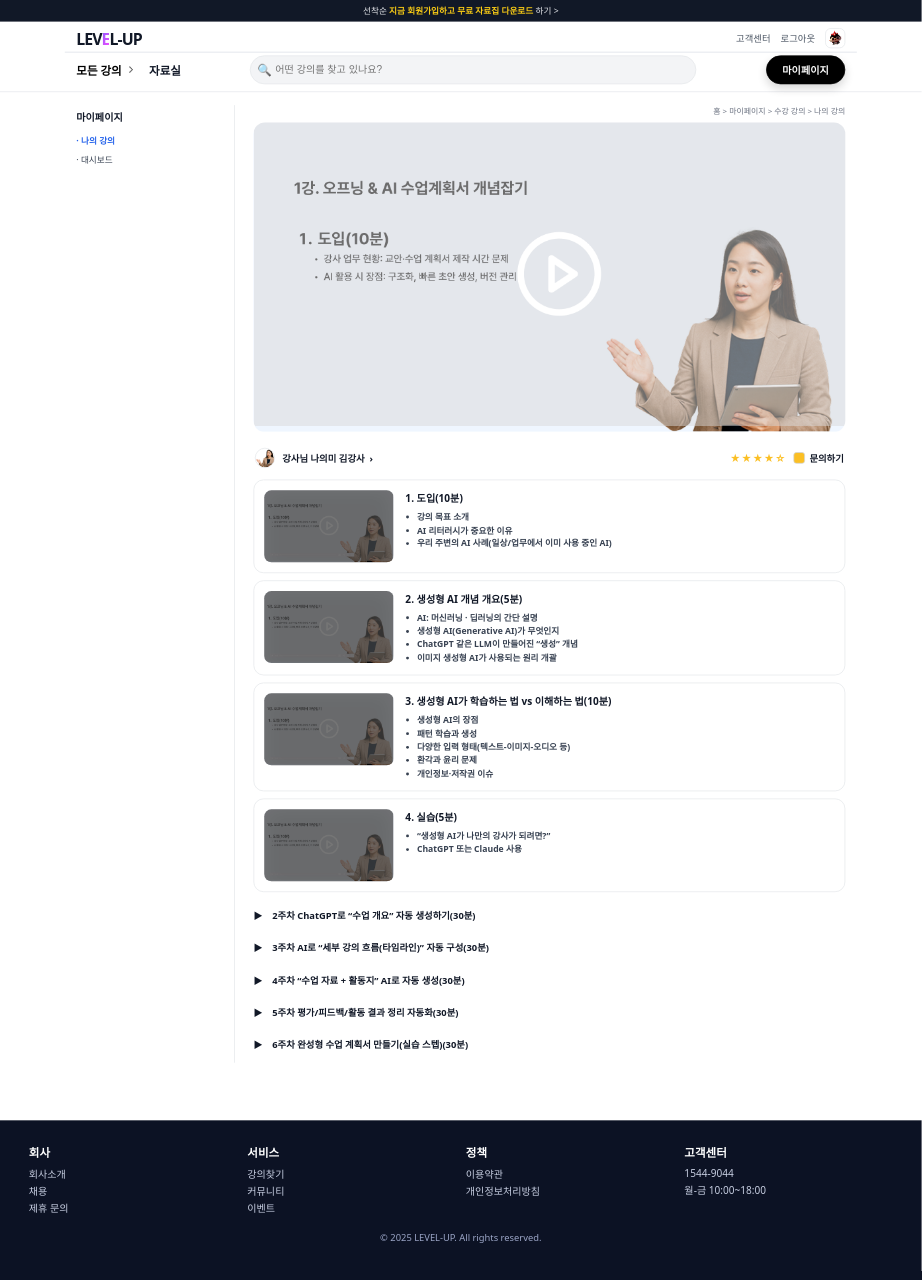
Repository: Iimchaehoon/level_up
Page: my_lecture.html
The author's editor kept a copy of each file at every save. The page is drawn from the files as they stood at one save, then again after the next save.
The browser window is 1280 px wide. The pictures show the whole page, at 72% of full size.

Above is the page before, as saved 2025-12-14 19:23:13.

After the next save:
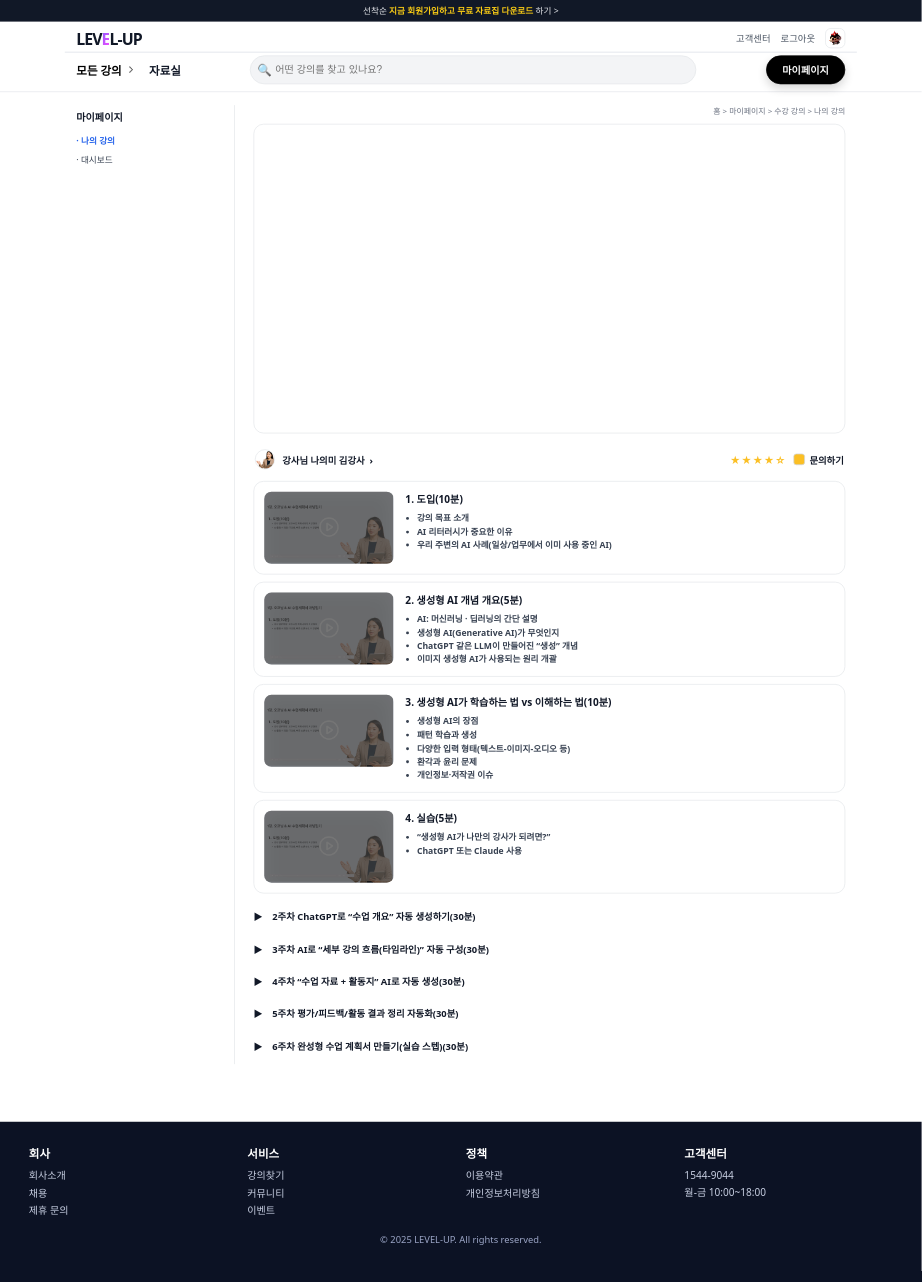
Saved 2 min 10 s later.
--- a/my_lecture.html
+++ b/my_lecture.html
@@ -462,7 +462,7 @@
       <div class="main__crumb">홈 &gt; 마이페이지 &gt; 수강 강의 &gt; 나의 강의</div>
 
       <!-- 상단 카드 -->
-      <div class="hero-card">
+      <div class="hero-card unit-card js-go-player">
 
       </div>
 

After the 2 saves that followed:
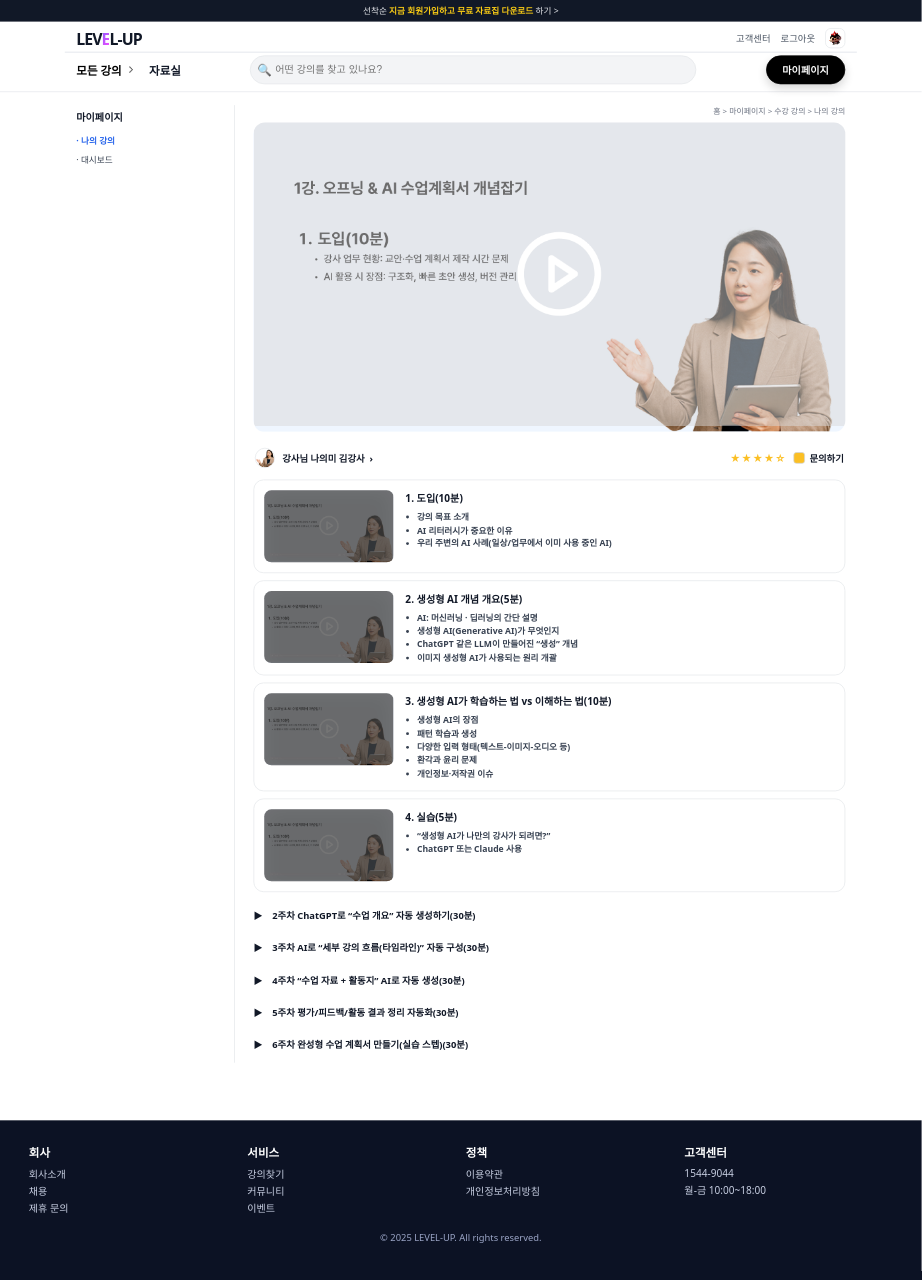
The 2 saves are shown as one change because 1 left the picture as it was.
The last was saved 4 min 16 s later.
--- a/my_lecture.html
+++ b/my_lecture.html
@@ -462,7 +462,7 @@
       <div class="main__crumb">홈 &gt; 마이페이지 &gt; 수강 강의 &gt; 나의 강의</div>
 
       <!-- 상단 카드 -->
-      <div class="hero-card unit-card js-go-player">
+      <div class="hero-card ">
 
       </div>
 
@@ -734,6 +734,13 @@
         }
       });
     });
+    document.querySelectorAll(".js-go-player").forEach((el) => {
+  el.style.cursor = "pointer";
+  el.addEventListener("click", () => {
+    window.location.href = "player.html";
+  });
+});
+
   </script>
 </body>
 </html>
